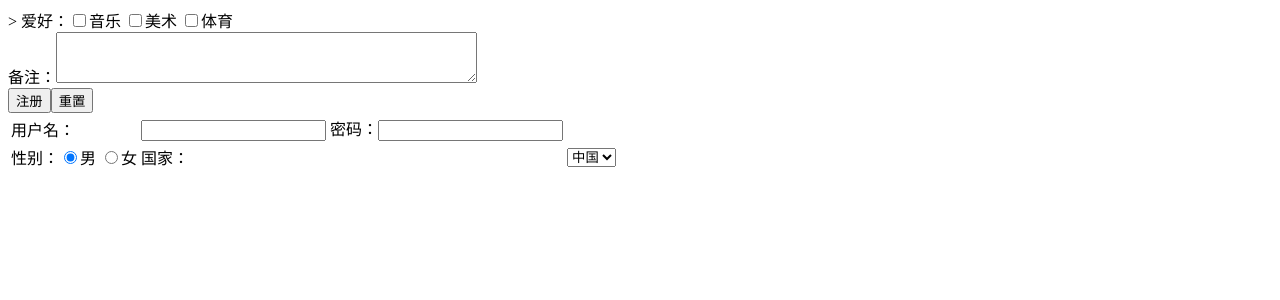
Repository: Lansefanggezi/JavaWeb
Page: HelloServlet/WebContent/Register.html
An editor plug-in stored every save of this project. The page is shown before and after the next save, followed by the edit.
The browser window is 1280 px wide. The pictures show the whole page.

Above is the page before, as saved 2018-03-29 08:40:14.

After the next save:
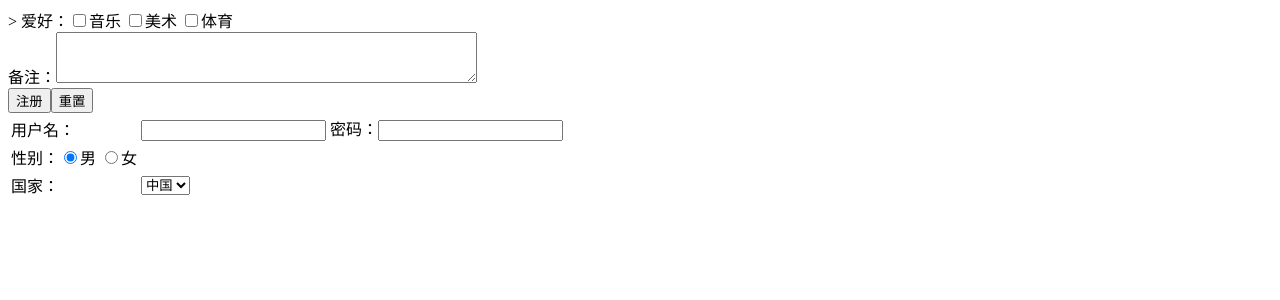
Saved 9 s later.
--- a/HelloServlet/WebContent/Register.html
+++ b/HelloServlet/WebContent/Register.html
@@ -21,6 +21,7 @@
 			性别：<input type="radio" name="sex" value="男" checked>男
 		<input type="radio" name="sex" value="女">女
 		</td>
+		<tr>
 		<td>
 		国家：</td><td><select name="country">
 				<option value="zhongguo">中国</option>
